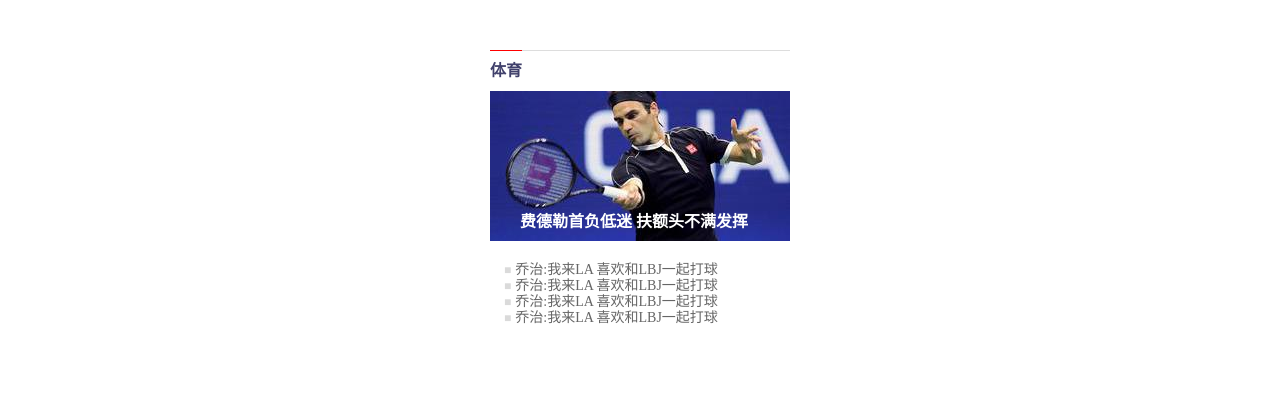
Repository: Romic77/css-test
Page: exercise/03_网易新闻的右侧列表.html
An editor plug-in stored every save of this project. The page is shown before and after the next save, followed by the edit.
The browser window is 1280 px wide. The pictures show the whole page.

Above is the page before, as saved 2022-09-03 16:08:19.

After the next save:
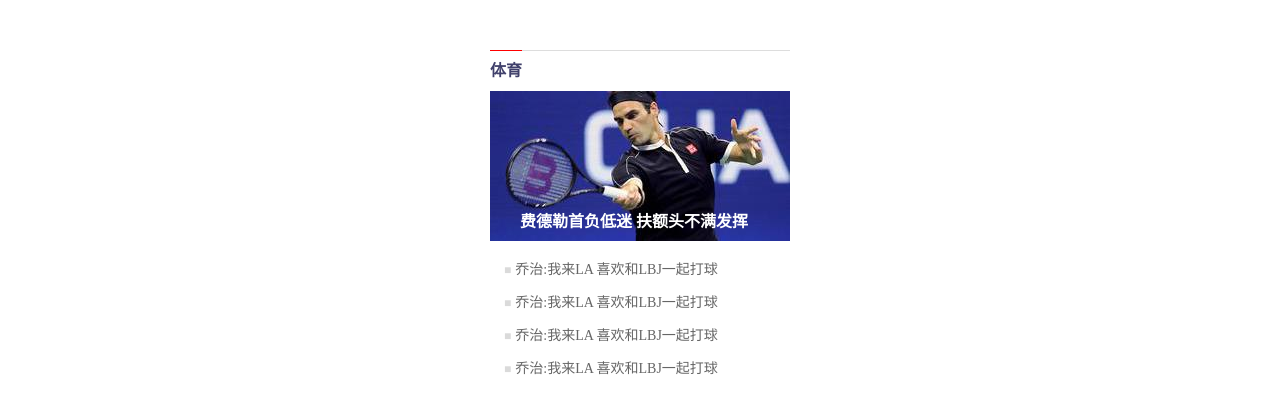
Saved 9 s later.
--- a/exercise/03_网易新闻的右侧列表.html
+++ b/exercise/03_网易新闻的右侧列表.html
@@ -59,6 +59,10 @@
             margin-top: 20px;
         }
 
+        .news-list li {
+            margin-bottom: 17px;
+        }
+
         .news-list li::before {
             content: '■';
             color: rgb(218, 218, 218);
